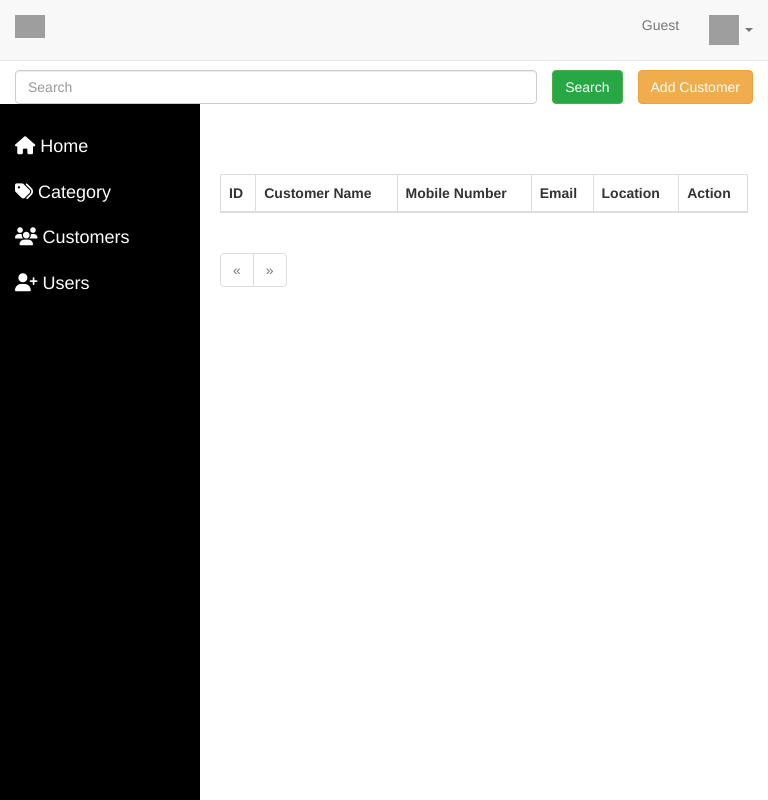
Repository: Nireshkumar24/CRM
Page: http://localhost/adduser
An editor plug-in stored every save of this project. The page is shown before and after the next save, followed by the edit.
The browser window is 768 px wide. The pictures show the whole page.
Pictures or frames that could not be fetched are drawn as grey boxes. The page is served by the project's application, run on Flask 3 (app.py). Queries for data that is not in the repository find no rows.

Above is the page before, as saved 2024-05-23 11:45:22.
Console error: ReferenceError: $ is not defined

### templates/adduser.html
<!DOCTYPE html>
<html lang="en">

<head>
    <meta charset="UTF-8">
    <meta name="viewport" content="width=device-width, initial-scale=1.0">
    <title>Adduser</title>
    <!-- Bootstrap 3.3.7 CSS -->
    <link rel="stylesheet" href="https://cdn.jsdelivr.net/npm/bootstrap@3.3.7/dist/css/bootstrap.min.css">
    <link href="https://fonts.googleapis.com/css?family=Roboto&display=swap" rel="stylesheet">
    <link rel="stylesheet" href="https://cdnjs.cloudflare.com/ajax/libs/font-awesome/6.2.0/css/all.min.css">

    <style>
        .profile-dropdown-toggle::after {
            display: none;
        }

        .side-nav {
            height: 100vh;
            width: 200px;
            position: fixed;
            z-index: 1;
            left: 0;
            background-color: #000;
            overflow-x: hidden;
            padding-top: 20px;
        }

        .side-nav a {
            padding: 10px 15px;
            text-decoration: none;
            font-size: 18px;
            color: white;
            display: block;
            transition: 0.3s;
        }

        .side-nav a:hover {
            color: #f1f1f1;
            background-color: #575757;
        }

        .content {
            margin-left: 200px;
            padding: 20px;
        }

        @media (max-width: 768px) {


            .navbar-header {
                float: left;
            }

            .navbar-collapse.collapse {
                display: block !important;
                height: auto !important;
                padding-bottom: 0;
                overflow: visible !important;
            }

            .navbar-nav>li {
                display: inline-block;
            }

            .navbar-nav {
                float: none;
                text-align: right;

            }

            .navbar-right .dropdown-menu {
                right: 0;
                left: auto;
            }

            .navbar-toggle {
                display: none;
            }

            .navbar-brand img {
                max-width: 100%;
                height: auto;
            }

            @media (max-width: 768px) {
                .form-inline.text-right {
                    display: flex;
                    align-items: center;
                    justify-content: center;
                }

                .form-inline.text-right .form-control {
                    flex-grow: 1;
                }

                .form-inline.text-right .btn {
                    margin-left: 10px;
                }

                .content {
                    padding-top: 70px;
                }
            }

            .btn-success {
                background-color: #28a745;
            }


        }
    </style>
</head>

<body>
    <!-- Navbar using Bootstrap 3 structure -->
    <nav class="navbar navbar-default navbar-fixed-top">
        <div class="container-fluid">
            <div class="navbar-header">
                <button type="button" class="navbar-toggle collapsed" data-toggle="collapse"
                    data-target="#navbar-collapse-1" aria-expanded="false">
                    <span class="sr-only">Toggle navigation</span>
                    <span class="icon-bar"></span>
                    <span class="icon-bar"></span>
                    <span class="icon-bar"></span>
                </button>
                <a class="navbar-brand" href="#">
                    <img src="path/to/your/logo.png" width="30" height="30" class="d-inline-block align-top" alt=""
                        loading="lazy">
                </a>
            </div>
            <div class="collapse navbar-collapse" id="navbar-collapse-1">
                <ul class="nav navbar-nav navbar-right">
                    <li><a href="#">{{ session['username'] if 'username' in session else 'Guest' }}</a></li>
                    <li class="dropdown">
                        <a href="#" class="dropdown-toggle" data-toggle="dropdown" role="button" aria-haspopup="true"
                            aria-expanded="false">
                            <img src="path/to/profile/picture.jpg" width="30" height="30" class="rounded-circle"
                                alt="Profile Picture"> <span class="caret"></span>
                        </a>
                        <ul class="dropdown-menu">
                            <li><a href="{{url_for('login')}}">Logout</a></li>
                        </ul>
                    </li>
                </ul>
            </div>
        </div>
    </nav>
    <div class="container-fluid" style="padding-top: 70px;">
        <div class="row">
            <div class="col-md-12" id="search-and-add">
                <form class="form-inline text-right" action="/search_user" method="post">
                    <input type="search" class="form-control" placeholder="Search" name="search"
                        style="margin-right: 5px;">
                    <button type="submit" class="btn btn-success" style="margin-right: 5px;">Search</button>
                    <button type="button" class="btn btn-warning pull-right" data-toggle="modal"
                        data-target="#addCategoryModal">
                        Add Customer
                    </button>
                </form>
            </div>
        </div>
    </div>

    <div class="side-nav">
        <a href="/index"><i class="fa fa-home"></i> Home</a>
        <a href="/addcategory"><i class="fa fa-tags"></i> Category</a>
        <a href="/adduser"><i class="fa fa-users"></i> Customers</a>
        <a href="/createuser"><i class="fa fa-user-plus"></i> Users</a>
    </div>
    <div class="content">
        <table class="table table-striped table-bordered hover">
            <thead class="thead-light">
                <tr>
                    <th>ID</th>
                    <th>Customer Name</th>
                    <th>Mobile Number</th>
                    <th>Email</th>
                    <th>Location</th>
                    <th>Action</th>

                </tr>
            </thead>
            <tbody>



                {% for customer in customers %}

                <tr>
                    <td>{{ customer.id }}</td>
                    <!-- <td>{{ customer.customer_name }}</td> -->
                    <td><a href="{{ url_for('user_profile', user_id=customer.id) }}">{{ customer.customer_name }}</a>
                    </td>

                    <td>{{ customer.mobile_number }}</td>
                    <td>{{ customer.email }}</td>
                    <td>{{ customer.location }}</td>

                    <td>
                        <div class="dropdown">
                            <a href="#" class="dropdown-toggle" data-toggle="dropdown" aria-expanded="false">
                                <span class="glyphicon glyphicon-option-vertical"></span>
                            </a>
                            <ul class="dropdown-menu" role="menu">
                                <li><a href="#" data-toggle="modal"
                                        data-target="#editCustomerModal-{{ customer.id }}">Edit</a></li>
                                <li>
                                    <form action="{{ url_for('delete_customer', id=customer.id) }}" method="post"
                                        onsubmit="return confirm('Are you sure?');">
                                        <button type="submit" class="btn btn-link">Delete</button>
                                    </form>
                                </li>
                            </ul>
                        </div>
                    </td>
                    <td><a href="{{ url_for('user_profile', user_id=customer.id) }}" class="btn btn-success">View
                            Profile</a></td>
                    <td>
                        <button onclick="generateAndShowLink('{{ customer.id }}')" class="btn btn-warning">Generate
                            Upload Link</button>
                    </td>

                    <td><a href="{{ url_for('upload_documents', user_id=customer.id) }}" class="btn btn-primary">Upload
                            Documents</a></td>
                    </td>
                </tr>
                <div class="modal fade" id="editCustomerModal-{{ customer.id }}" tabindex="-1" role="dialog"
                    aria-labelledby="editCustomerLabel-{{ customer.id }}">
                    <!-- Modal content -->
                    <div class="modal-dialog" role="document">
                        <div class="modal-content">
                            <!-- Corrected form action to use 'customer.id' -->
                            <form action="{{ url_for('edit_customer', id=customer.id) }}" method="post">
                                <div class="modal-header">
                                    <h5 class="modal-title">Edit Customer</h5>
                                    <button type="button" class="close" data-dismiss="modal" aria-label="Close">
                                        <span aria-hidden="true">&times;</span>
                                    </button>
                                </div>
                                <div class="modal-body">
                                    <!-- Corrected form fields to use 'customer' -->
                                    <div class="form-group">
                                        <label>Customer Name</label>
                                        <input type="text" name="cname" class="form-control"
                                            value="{{ customer.customer_name }}" required>
                                    </div>
                                    <div class="form-group">
                                        <label>Email</label>
                                        <input type="email" name="email" class="form-control"
                                            value="{{ customer.email }}" required>
                                    </div>
                                    <div class="form-group">
                                        <label>Mobile</label>
                                        <!-- <input type="number" name="mobileNumber" class="form-control"
                                            value="{{ customer.mobile_number }}" required> -->
                                        <input type="tel" class="form-control" id="mobileNumber" name="mobileNumber"
                                            required maxlength="10" pattern="\d{10}"
                                            title="Mobile number must be 10 digits" value="{{customer.mobile_number}}">

                                    </div>
                                    <div class="form-group">
                                        <label>Location</label>
                                        <input type="text" name="location" class="form-control"
                                            value="{{ customer.location }}" required>
                                    </div>
                                    <!-- CSRF token should be added here if you're using Flask-WTF for CSRF protection -->
                                </div>
                                <div class="modal-footer">
                                    <button type="button" class="btn btn-secondary" data-dismiss="modal">Close</button>
                                    <button type="submit" class="btn btn-primary">Save changes</button>
                                </div>
                            </form>
                        </div>
                    </div>
                </div>

                {% endfor %}


            </tbody>
        </table>
        <nav>
            <ul class="pagination">
                <li class="{{ 'disabled' if not pagination.has_prev }}">
                    <a href="{{ url_for('adduser', page=pagination.prev_num) }}" aria-label="Previous">
                        <span aria-hidden="true">&laquo;</span>
                    </a>
                </li>
                {% for page in pagination.iter_pages() %}
                <li class="{{ 'active' if page == pagination.page }}">
                    <a href="{{ url_for('adduser', page=page) }}">{{ page }}</a>
                </li>
                {% endfor %}
                <li class="{{ 'disabled' if not pagination.has_next }}">
                    <a href="{{ url_for('adduser', page=pagination.next_num) }}" aria-label="Next">
                        <span aria-hidden="true">&raquo;</span>
                    </a>
                </li>
            </ul>
        </nav>
    </div>
    <!-- Modal -->

    <div class="modal fade" id="addCategoryModal" tabindex="-1" role="dialog" aria-labelledby="modalLabel"
        aria-hidden="true">
        <div class="modal-dialog" role="document">
            <div class="modal-content">
                <div class="modal-header">
                    <h4 class="modal-title" id="modalLabel">Add Customer</h4>
                    <button type="button" class="close" data-dismiss="modal" aria-label="Close">
                        <span aria-hidden="true">&times;</span>
                    </button>
                </div>

                <div class="modal-body">
                    <form method="post" action="{{ url_for('adduser') }}">
                        <div class="form-group">
                            <label for="customerName">Customer Name</label>
                            <input type="text" class="form-control" id="customerName" required name="cname">
                        </div>
                        <div class="form-group">
                            <label for="email">Email</label>
                            <input type="email" class="form-control" id="email" required name="email">
                        </div>
                        <div class="form-group">
                            <label for="mobileNumber">Mobile Number</label>
                            <!-- <input type="number" class="form-control" id="mobileNumber" required name="mobileNumber"> -->
                            <input type="tel" class="form-control" id="mobileNumber" name="mobileNumber" required
                                maxlength="10" pattern="\d{10}" title="Mobile number must be 10 digits">

                        </div>

                        <div class="form-group">
                            <label for="location">Location</label>
                            <input type="text" class="form-control" id="location" required name="location">
                        </div>

                        <div class="modal-footer">
                            <button type="button" class="btn btn-secondary" data-dismiss="modal">Close</button>
                            <button type="submit" class="btn btn-primary">Save changes</button>
                        </div>
                    </form>
                </div>

            </div>
        </div>
    </div>


    <div class="modal fade " id="linkModal" tabindex="-1" role="dialog" aria-labelledby="linkModalLabel"
        aria-hidden="true">
        <div class="modal-dialog" role="document">
            <div class="modal-content">
                <div class="modal-header">
                    <h5 class="modal-title" id="linkModalLabel">Your Upload Link</h5>
                    <button type="button" class="close" data-dismiss="modal" aria-label="Close">
                        <span aria-hidden="true">&times;</span>
                    </button>
                </div>
                <div class="modal-body " style="display: flex;">
                    <input type="text" class="form-control" id="generatedLink" value="https://example.com" readonly>
                    <button type="button" class="btn btn-primary mt-2" id="copyButton" onclick="copyToClipboard()">
                        Copy Link
                    </button>
                </div>
            </div>
        </div>
    </div>






    <script>
        $(document).ready(function () {
            var navbarHeight = $('.navbar').outerHeight();
            $('.side-nav').css('top', navbarHeight + 'px');
        });

        function generateAndShowLink(userId) {
            fetch(`/generate_link/${userId}`)
                .then(response => {
                    if (!response.ok) {
                        throw new Error('Network response was not ok: ' + response.statusText);
                    }
                    return response.json();
                })
                .then(data => {
                    if (data.link) {
                        document.getElementById('generatedLink').value = data.link; // Set link in input field
                        $('#linkModal').modal('show'); // Display the modal
                    } else {
                        alert('Link generation failed, no link provided.');
                    }
                })
                .catch(error => {
                    console.error('Fetch error:', error);
                    alert('Error generating link: ' + error.message);
                });
        }

        // function copyToClipboard() {
        //     var copyText = document.getElementById("generatedLink");
        //     copyText.select();
        //     copyText.setSelectionRange(0, 99999);
        //     document.execCommand("copy");
        //     alert("Copied to clipboard: " + copyText.value);
        // }
        function copyToClipboard() {
            var copyText = document.getElementById("generatedLink");
            copyText.select();
            document.execCommand("copy");

            var copyButton = document.getElementById("copyButton");
            copyButton.innerHTML = 'Copied <i class="fas fa-check"></i>'; // Assumes FontAwesome is used for icons
            copyButton.classList.add("btn-success"); // Change button color to green
            copyButton.classList.remove("btn-primary");

            setTimeout(function () { // Reset button after 3 seconds
                copyButton.innerHTML = "Copy Link";
                copyButton.classList.add("btn-primary");
                copyButton.classList.remove("btn-success");
            }, 3000);
        }

    </script>
    <script>function validateMobileNumber(input) {
            // Remove any characters that are not digits
            input.value = input.value.replace(/\D/g, '');

            // Limit to 10 digits
            if (input.value.length > 10) {
                input.value = input.value.slice(0, 10);
            }
        }
    </script>

    <!-- Include Bootstrap and jQuery -->
    <script src="https://code.jquery.com/jquery-3.5.1.slim.min.js"></script>
    <!-- <script src="https://cdn.jsdelivr.net/npm/bootstrap@4.5.2/js/bootstrap.min.js"></script> -->
    <!-- jQuery (necessary for Bootstrap's JavaScript plugins) -->
    <script src="https://ajax.googleapis.com/ajax/libs/jquery/1.12.4/jquery.min.js"></script>
    <!-- Include all compiled plugins (below), or include individual files as needed -->
    <script src="https://cdn.jsdelivr.net/npm/bootstrap@3.3.7/dist/js/bootstrap.min.js"></script>
    <!-- <script src="https://ajax.googleapis.com/ajax/libs/jquery/1.12.4/jquery.min.js"></script> -->
    <!-- <script src="https://cdn.jsdelivr.net/npm/bootstrap@3.3.7/dist/js/bootstrap.min.js"></script> -->

</body>

</html>

Loaded but not shown: app.py (707 lines, source omitted)

After the next save:
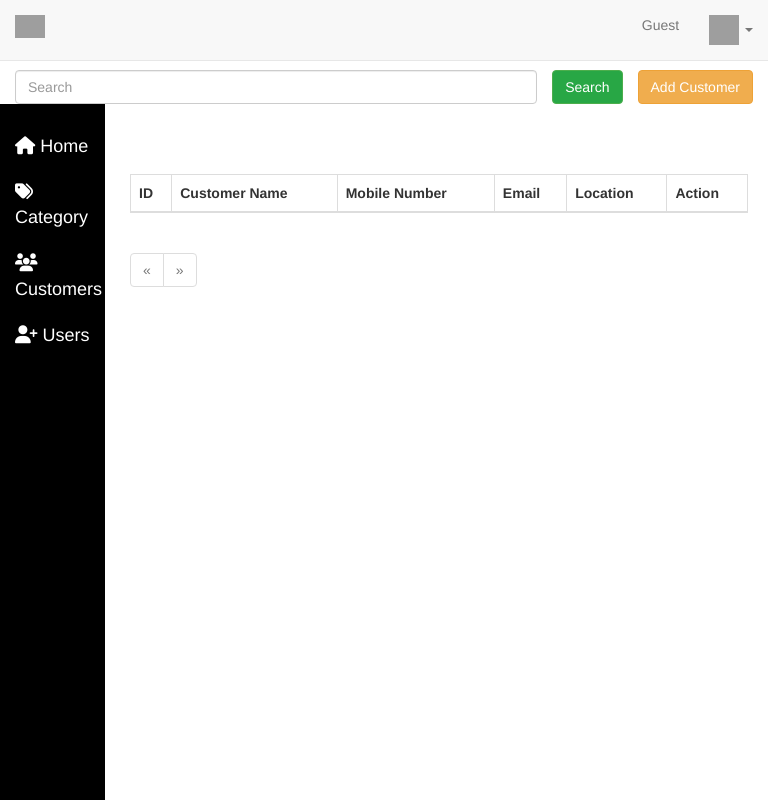
Saved 104 s later.
--- a/templates/adduser.html
+++ b/templates/adduser.html
@@ -46,7 +46,16 @@
         }
 
         @media (max-width: 768px) {
-
+            .side-nav {
+                width: 105px;
+                min-height: 50%;
+                max-height: 100%;
+
+            }
+
+            .content {
+                margin-left: 110px;
+            }
 
             .navbar-header {
                 float: left;
@@ -65,9 +74,10 @@
 
             .navbar-nav {
                 float: none;
+                /* text-align: center; */
                 text-align: right;
-
-            }
+            }
+
 
             .navbar-right .dropdown-menu {
                 right: 0;
@@ -77,6 +87,7 @@
             .navbar-toggle {
                 display: none;
             }
+
 
             .navbar-brand img {
                 max-width: 100%;
